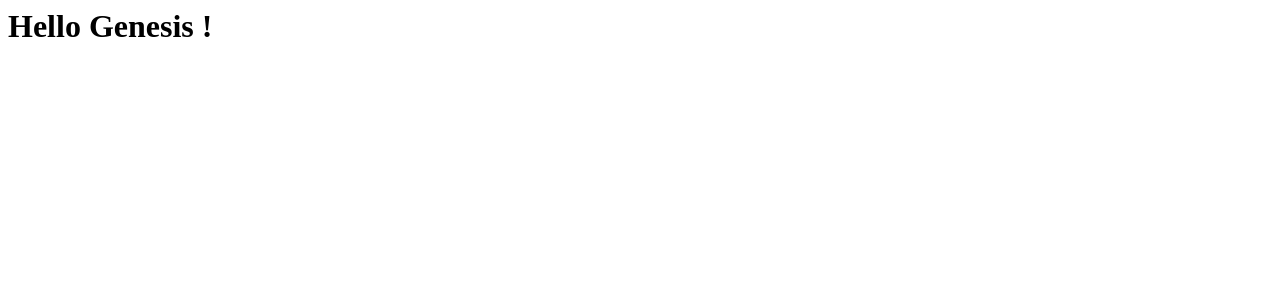
Repository: 10michael30/RevatureNotes
Page: http://localhost/helloservlets/hello
An editor plug-in stored every save of this project. The page is shown before and after the next save, followed by the edit.
The browser window is 1280 px wide. The pictures show the whole page.
The page is served by Tomcat 9. Other server files are loaded and not shown.

Above is the page before, as saved 2018-08-21 17:55:08.

### weeks3-4/servlets/helloservlets/src/main/java/com/ex/servlets/hellohttpservlet.java
package com.ex.servlets;

import java.io.IOException;
import java.io.PrintWriter;

import javax.servlet.ServletException;
import javax.servlet.http.HttpServlet;
import javax.servlet.http.HttpServletRequest;
import javax.servlet.http.HttpServletResponse;

public class hellohttpservlet extends HttpServlet {


	@Override
	public void init() throws ServletException {
		// TODO Auto-generated method stub
		super.init();
		System.out.println("IN HTTP SERLVET INIT");
	}

	@Override
	public void destroy() {
		// TODO Auto-generated method stub
		super.destroy();
		System.out.println("IN HTTP DESTROY");
	}
	@Override
	protected void doGet(HttpServletRequest req,
			HttpServletResponse resp)
					throws ServletException, IOException {
		System.out.println("IN HTTP SERVLET DOGET");
		PrintWriter out = resp.getWriter();
		resp.setContentType("text/html");
		out.write("<h1> Hello <b>Genesis</b> ! </h1>");
	}

	@Override
	protected void doPost(HttpServletRequest req,
			HttpServletResponse resp)
					throws ServletException, IOException {
		// TODO Auto-generated method stub
		super.doPost(req, resp);
	}

	@Override
	protected void doPut(HttpServletRequest req, HttpServletResponse resp) throws ServletException, IOException {
		// TODO Auto-generated method stub
		super.doPut(req, resp);
	}

	@Override
	protected void doDelete(HttpServletRequest req, HttpServletResponse resp) throws ServletException, IOException {
		// TODO Auto-generated method stub
		super.doDelete(req, resp);
	}


}

After the next save:
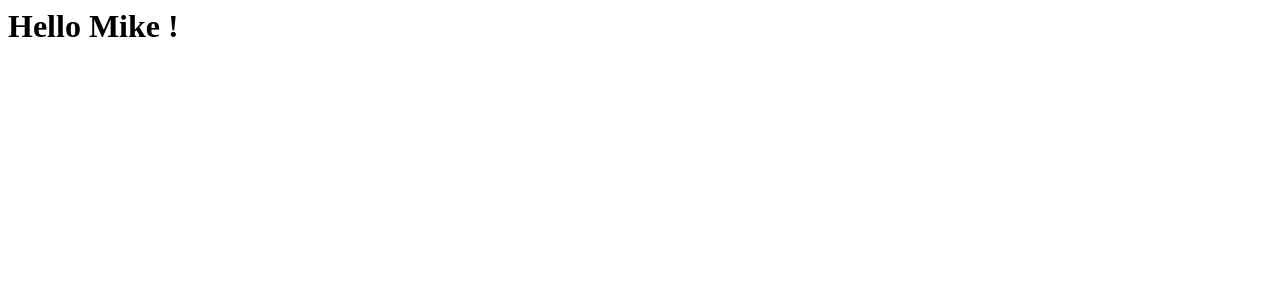
Saved 44 s later.
--- a/weeks3-4/servlets/helloservlets/src/main/java/com/ex/servlets/hellohttpservlet.java
+++ b/weeks3-4/servlets/helloservlets/src/main/java/com/ex/servlets/hellohttpservlet.java
@@ -31,7 +31,7 @@ public class hellohttpservlet extends HttpServlet {
 		System.out.println("IN HTTP SERVLET DOGET");
 		PrintWriter out = resp.getWriter();
 		resp.setContentType("text/html");
-		out.write("<h1> Hello <b>Genesis</b> ! </h1>");
+		out.write("<h1> Hello <b>Mike</b> ! </h1>");
 	}
 
 	@Override
